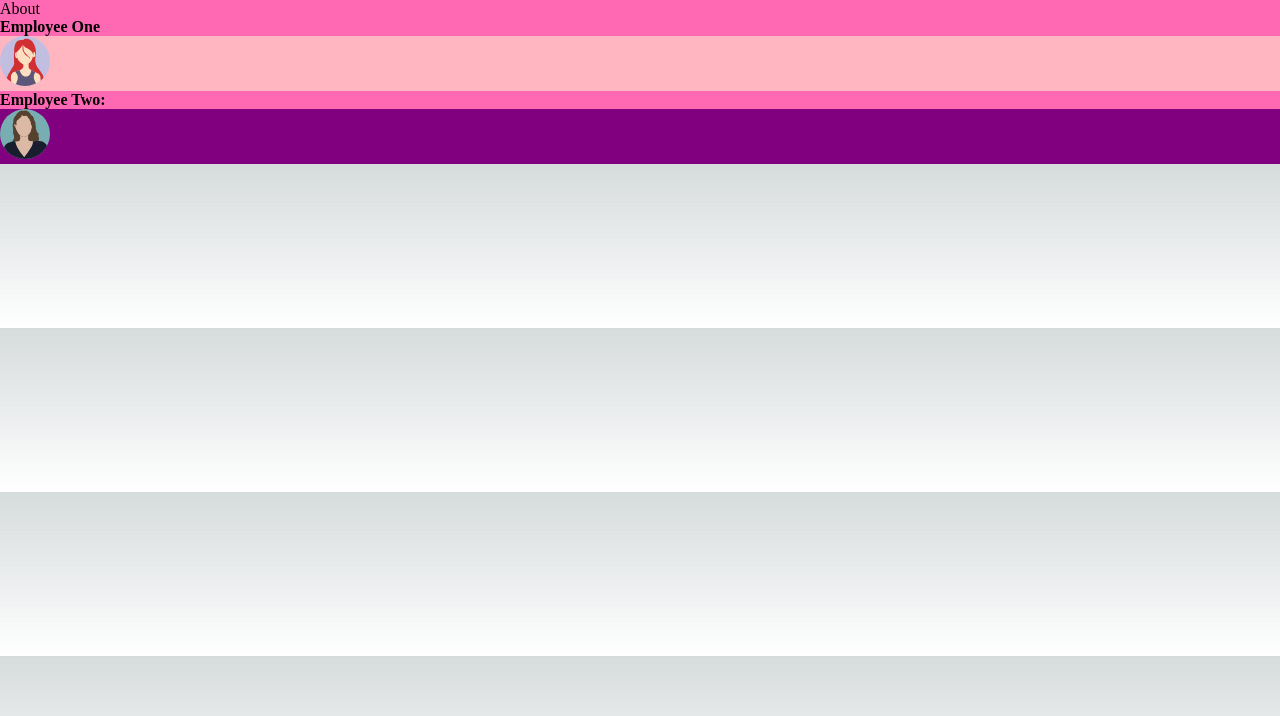
Repository: bguemos/week3example
Page: /About
These files come from the project's save history. The page is drawn as it stood at one moment and after the next save; the edit follows.
The browser window is 1280 px wide. The pictures show the whole page.
The project was rebuilt for these pictures with package versions that can differ from the ones it lists, and the page was loaded fresh each time. The framework's server and built-in components were replaced by stand-ins that run in the browser. Also part of the build but not shown: next.config.js.

Above is the page before, as saved 2023-01-18 14:09:36.

### pages/About.js
import Head from 'next/head'
import Image from 'next/image'
import { Inter } from '@next/font/google'
import styles from '@/styles/info.module.css'
import data from '../data/employees.json'
import { useState } from 'react'
import Card from '../components/Card/About'
import Link from 'next/link'


export default function info() {
    const [information, setInformation] = useState([...data])
     console.log(data);
  return (
 <>

<main className={styles.main}>
<Link href="About">About</Link>


<div className={styles.grid}>
<b> Employee One </b>
{information && information.map((info, About) => {
if (info.employeePosition === "manager") {
return (
<Card key={About} employeeName={info.employeeName} colour="lightPink" font="20px" />
 )
 }
})}
<b> Employee Two:</b>
{information && information.map((info, About) => {
if (info.employeePosition === "ceo") {
     return (
    <Card key={About} employeeName={info.employeeName} colour="purple" font="20px" />
     )
     }
     })}
    </div>
    <div className={styles.forbes}>


    </div>

    </main>

</>
  )
    }

### styles/info.module.css
.main{
    background-color: hotpink;

}
.forbes{
    display: flex;
    flex-direction: row;
    flex-wrap: wrap;

}

### data/employees.json
[


{
    "employeeName": "Jenna",
    "employeePosition": "manager",
    "yearsWorked": 4
},
{
    "employeeName": "Natalie",
    "employeePosition": "general manager",
    "yearsWorked": 15

},
{
    "employeeName":"Sarah",
    "employeePosition": "ceo",
    "yearsWorked": 20
}


]

### components/Card/About.js
export default function Card({
    employeePosition= "none",
    colour= "orange",
    font = "0",
    image = "Woman3.svg"
}) {
    return(
        <div style={{backgroundColor: colour, fontSize:font}}>
         {
            colour === "lightPink?" ? <img src={'Woman5.svg'} width="50"/> :
            colour === "purple" ? <img src={'Woman2.svg'} width="50"/>:
                                <img src={image} width="50" />
         }

        </div>
    )
}

Loaded but not shown: pages/_app.js (common file); pages/_document.js (common file); styles/globals.css (common file)

After the next save:
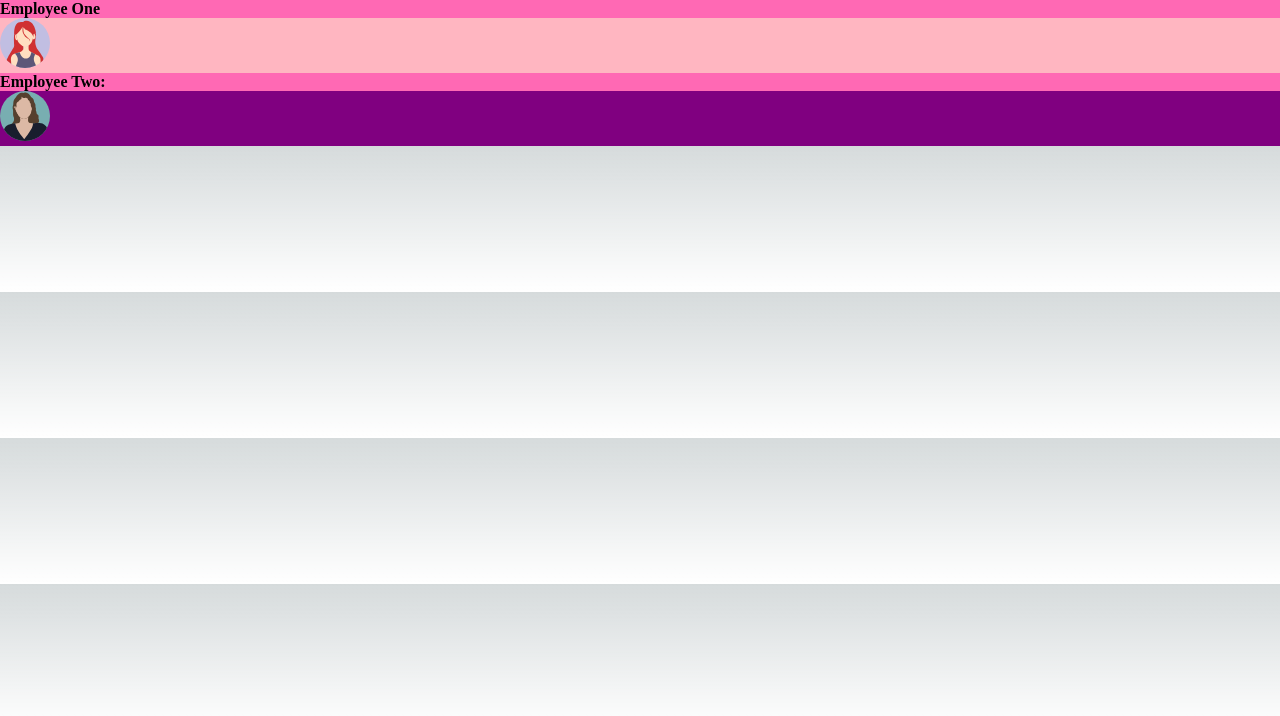
Saved 10 s later.
--- a/pages/About.js
+++ b/pages/About.js
@@ -15,7 +15,7 @@ export default function info() {
  <>
 
 <main className={styles.main}>
-<Link href="About">About</Link>
+
 
 
 <div className={styles.grid}>
